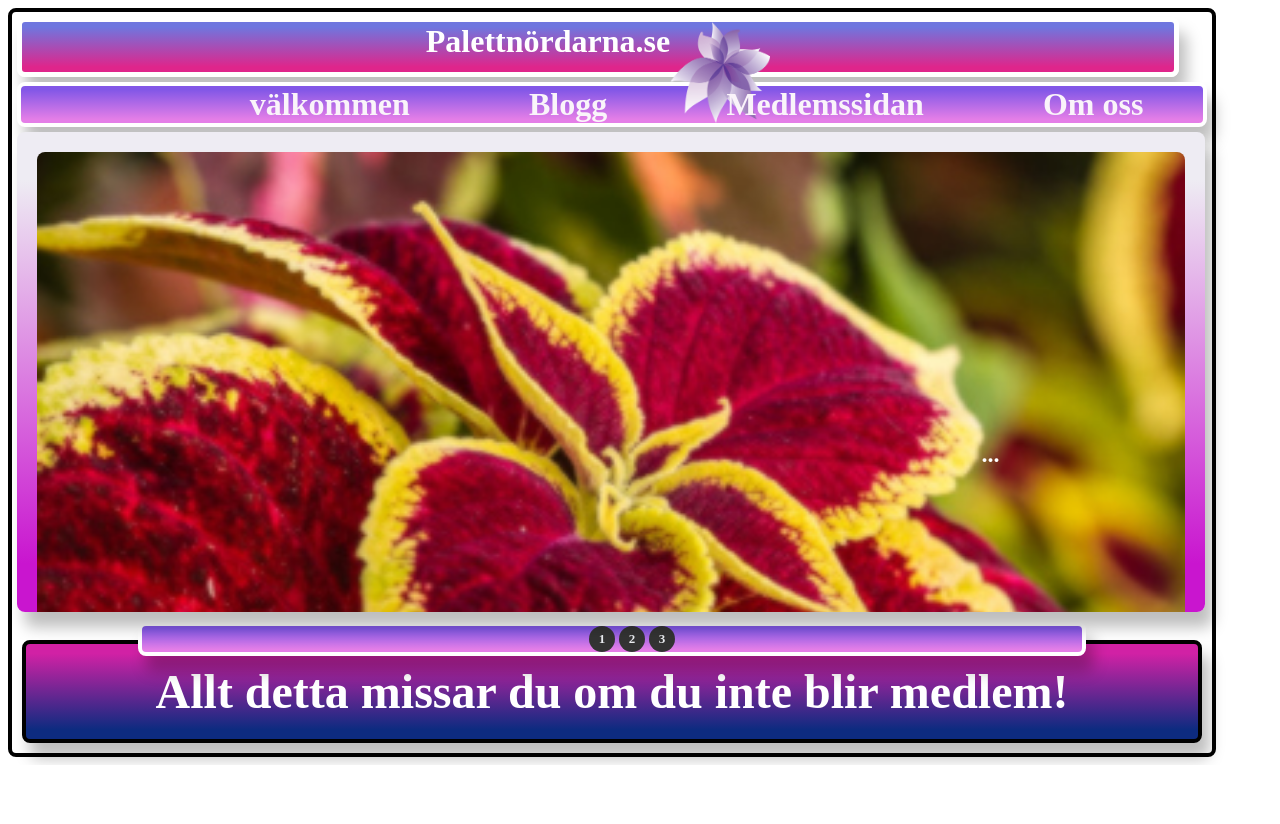
Repository: Webutveckling-20-21/lektion-3-CSS
Page: valkommen.html
The author's editor kept a copy of each file at every save. The page is drawn from the files as they stood at one save, then again after the next save.
The browser window is 1280 px wide. The pictures show the whole page.
Some web fonts or font styles are not loaded; a fallback is used.

Above is the page before, as saved 2021-10-14 15:28:11.

After the next save:
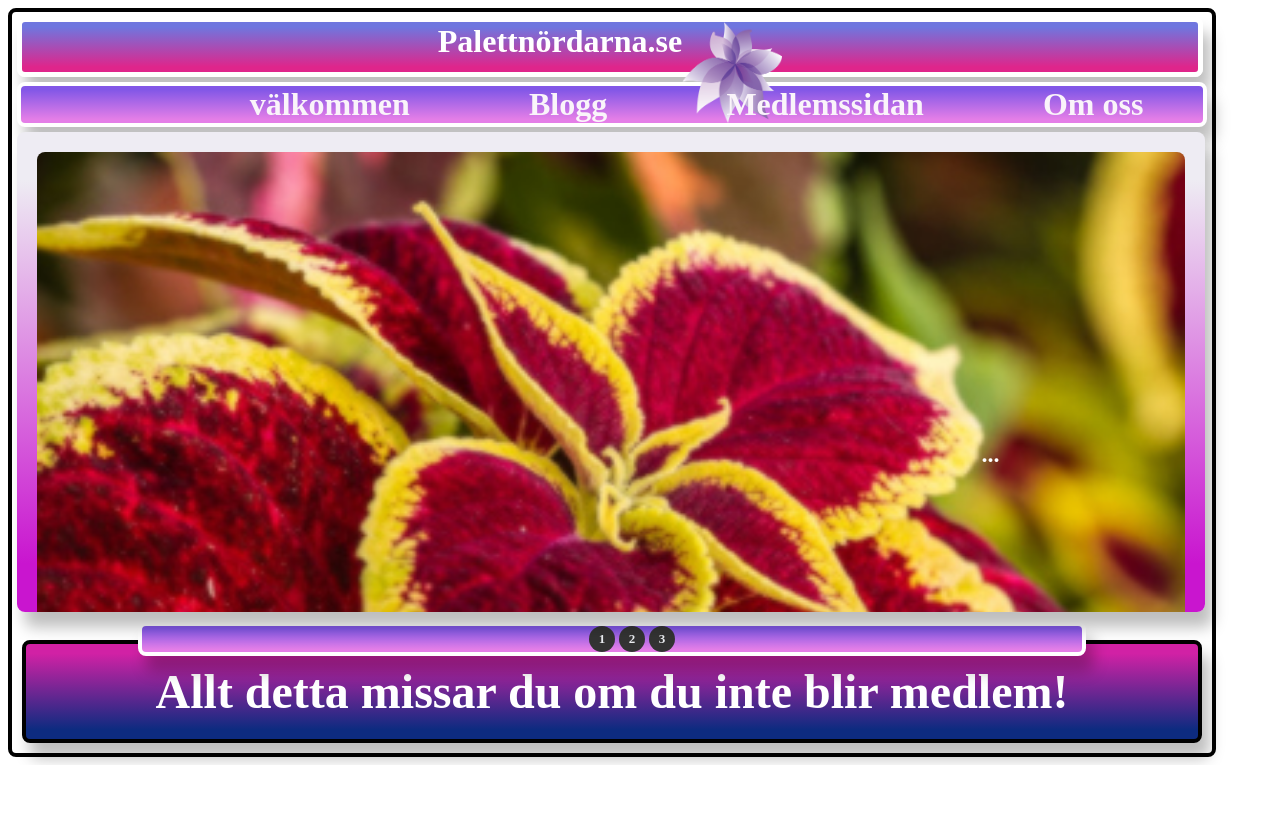
Saved 96 s later.
--- a/style5.css
+++ b/style5.css
@@ -12,7 +12,7 @@ body {
 
 .header {
     display: flex;
-    width: 96%;
+    width: 98%;
     height: 50px;
     border: 5px solid white;
     background: linear-gradient(to bottom, #6f76df 10%, #df258b 90%);
